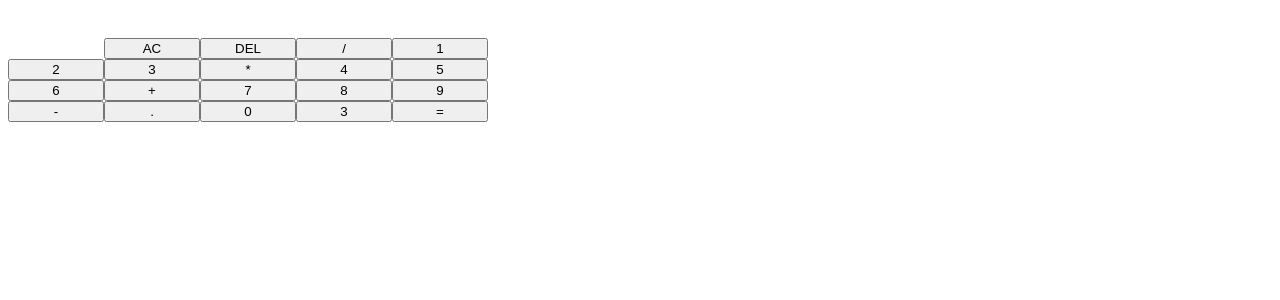
Repository: khadergw/calculator
Page: / (app in calculator/)
These files come from the project's save history. The page is drawn as it stood at one moment and after the next save; the edit follows.
The browser window is 1280 px wide. The pictures show the whole page.
The project was rebuilt for these pictures with package versions that can differ from the ones it lists, and the page was loaded fresh each time. Also part of the build but not shown: calculator/src/App.css.

Above is the page before, as saved 2022-09-10 23:17:19.

After the next save:
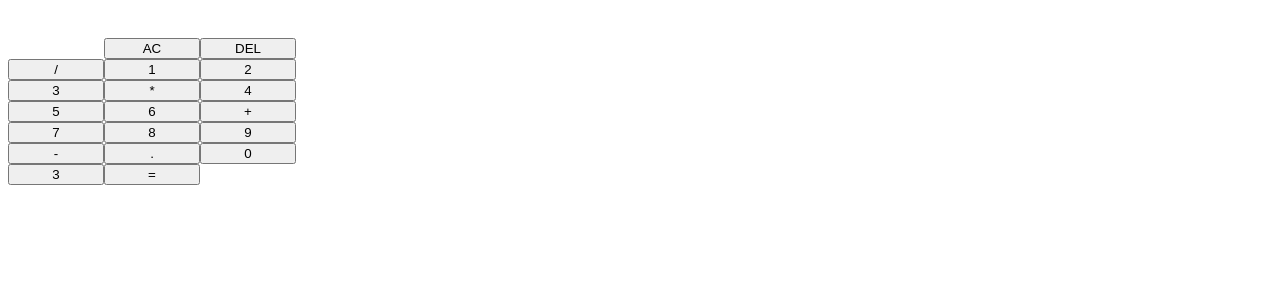
Saved 8 s later.
--- a/calculator/src/styles.css
+++ b/calculator/src/styles.css
@@ -1,5 +1,5 @@
 .CalGrid {
   display: grid;
   margin-top: 3%;
-  grid-template-columns: repeat(5, 6rem);
+  grid-template-columns: repeat(3, 6rem);
 }
